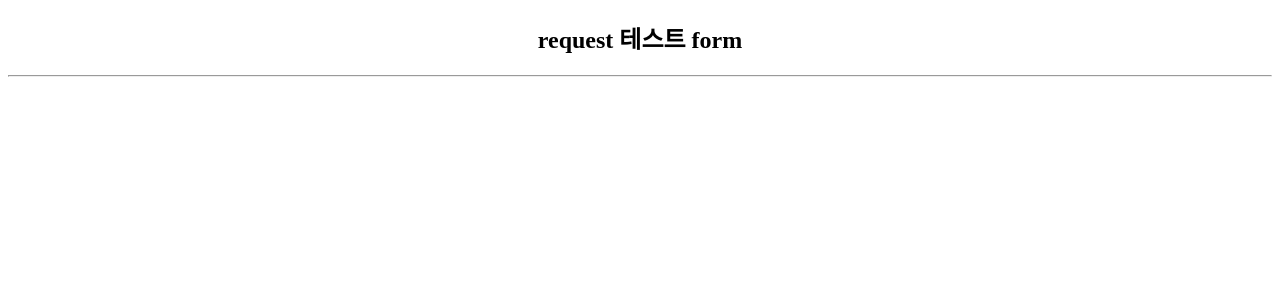
Repository: donggeonoh/My_Source
Page: JSP-Web Source/WebProgramming/WebContent/ch06/request_form.html
These files come from the project's save history. The page is drawn as it stood at one moment and after the next save; the edit follows.
The browser window is 1280 px wide. The pictures show the whole page.

Above is the page before, as saved 2016-10-13 09:58:19.

### JSP-Web Source/WebProgramming/WebContent/ch06/request_form.html
<!DOCTYPE html>
<html>
<head>
<meta charset="EUC-KR">
<title>Request_form test</title>
<script>
	document.cookie = "test = OK."; //변수명 = 값
</script>
</head>
<body>
	<div align = "center">
		<H2>request 테스트 form</H2> <HR>

		<form action="form1" method="post" action = "request_result.jsp">


		</form>
	</div>

</body>
</html>

After the next save:
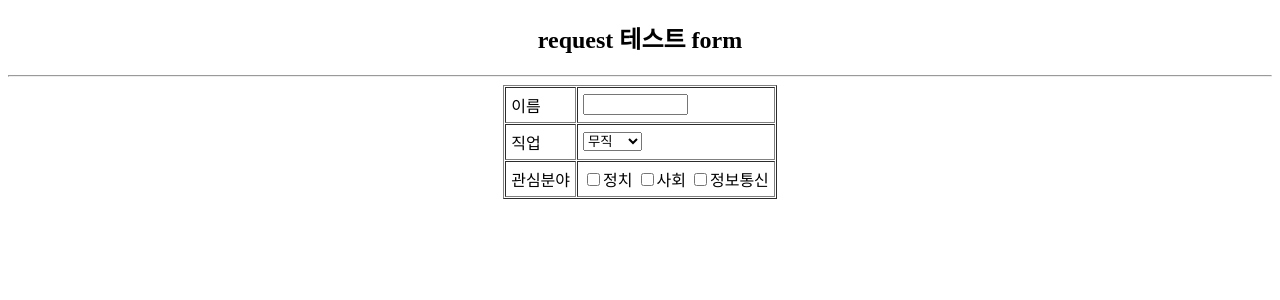
Saved 4 min 46 s later.
--- a/JSP-Web Source/WebProgramming/WebContent/ch06/request_form.html
+++ b/JSP-Web Source/WebProgramming/WebContent/ch06/request_form.html
@@ -12,8 +12,25 @@
 		<H2>request 테스트 form</H2> <HR>
 
 		<form action="form1" method="post" action = "request_result.jsp">
-
-
+			<table border = "1" cellspacing = "1" cellpadding = "5">
+				<tr> <td>이름</td>
+				<td><input type = text size = 10 name = username></td>
+				<tr> <td>직업</td>
+				<td>
+					<select name = job>
+						<option selected>무직</option>
+						<option>회사원</option>
+						<option>전문직</option>
+						<option>학생</option>
+					</select>
+				</td> <tr>
+				<td>관심분야</td>
+				<td>
+					<input type = checkbox name = favorite value = "정치">정치
+					<input type = checkbox name = favorite value = "사회">사회
+					<input type = checkbox name = favorite value = "정보통신">정보통신
+				</td>
+			</table>
 		</form>
 	</div>
 
